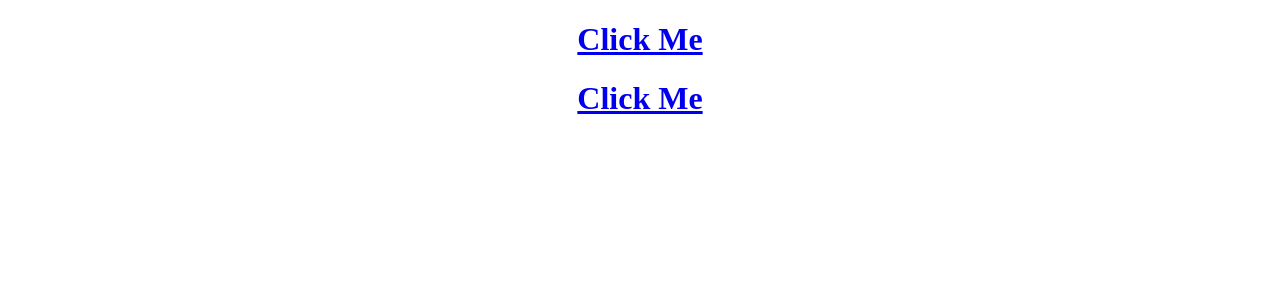
Repository: Hashim-Ansari-82/Servlet-And-JSP
Page: FirstServletDemo/src/main/webapp/index.html
An editor plug-in stored every save of this project. The page is shown before and after the next save, followed by the edit.
The browser window is 1280 px wide. The pictures show the whole page.

Above is the page before, as saved 2026-06-01 17:39:33.

After the next save:
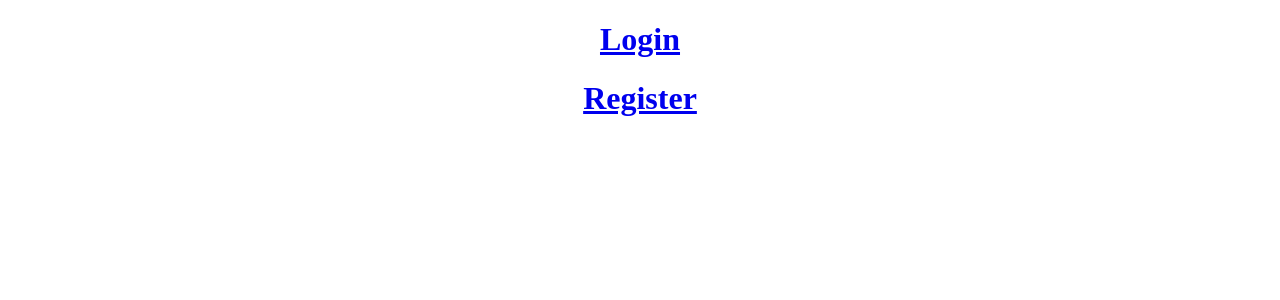
Saved 22 min 58 s later.
--- a/FirstServletDemo/src/main/webapp/index.html
+++ b/FirstServletDemo/src/main/webapp/index.html
@@ -7,10 +7,10 @@
 </head>
 <body>
 <h1 style="text-align:center">
-<a href="login"> Click Me</a>
+<a href="login">Login</a>
 </h1>
 <h1 style="text-align:center">
-<a href="register"> Click Me</a>
+<a href="register">Register</a>
 </h1>
 </body>
 </html>
